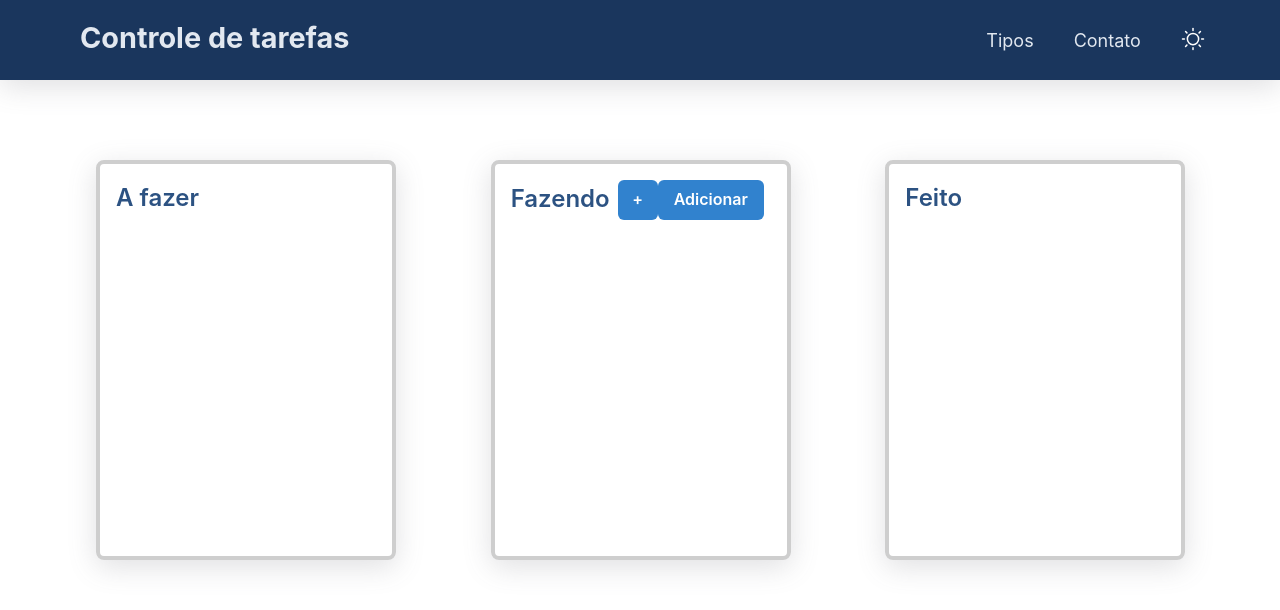
Repository: leosulzbach/Hackaton-Relampago
Page: /home (app in Front/)
These files come from the project's save history. The page is drawn as it stood at one moment and after the next save; the edit follows.
The browser window is 1280 px wide. The pictures show the whole page.
The page's requests for data from a server got no answer. The project was rebuilt for these pictures with package versions that can differ from the ones it lists, and the page was loaded fresh each time. No one was signed in, and anything a server would have sent is missing. Also part of the build but not shown: Front/vite.config.ts, Front/src/Components/Cards/CadInfo.styles.ts, Front/src/Components/Cards/CardInfo.tsx, Front/src/Components/Cards/Cards.styles.ts, Front/src/Components/Cards/Card.tsx.

Above is the page before, as saved 2022-11-07 16:34:00.

### Front/src/App.tsx
import { ChakraProvider, theme } from "@chakra-ui/react"
import { BrowserRouter } from "react-router-dom"
import { Router } from "./Routes/Router"



function App() {
  return(
    <ChakraProvider theme={theme}>
    <BrowserRouter>
      <Router />
    </BrowserRouter>
  </ChakraProvider>
  )
}

export default App

### Front/src/Routes/Router.tsx
import { Routes, Route } from "react-router-dom";
import { Home } from "../Pages/home";


export function Router() {
  return (
    <Routes>
      <Route path="/home" element={<Home />} />
     </Routes>
  );
}

### Front/src/Pages/home.tsx
import { Box, Button, Flex, Grid, Text } from '@chakra-ui/react'
import axios from 'axios';
import { CalendarPlus } from 'phosphor-react';
import { useEffect, useState } from 'react';
import { Card } from '../Components/Cards/Card';
import { Header } from '../Components/Header'


export interface Cadastro {
    id: number;
    descricao: string;
    situacao: string;
    data_vencimento: string;
    prioridade: string;
    email?: string

}

export const Home = () => {

    const [CadastroList, setCadastroList] = useState<Cadastro[]>([]);



    useEffect(() => {
        axios.get<Cadastro[]>("http://localhost:3000/tarefas").then((response) => {
            setCadastroList(response.data);
        });
    }, []);

        console.log(CadastroList)



    return (
        <Flex>
            <Header />


            <Grid
                templateColumns='repeat(3, 1fr)'
                ml={"6rem"}
                mt={"10rem"}
                alignItems={"center"}
                width='100%'
                height="100%"
            >
                <Box
                    border={"4px solid #cecece"}
                    boxShadow={"rgba(100, 100, 111, 0.2) 0px 7px 29px 0px"}
                    borderRadius={8}
                    w={"300px"}
                    h={"400px"}

                >
                    <Text
                        p={"1rem"}
                        fontSize={"1.5rem"}
                        fontWeight={"semibold"}
                        color={"blue.700"}
                    >A fazer</Text>
                    {

                        CadastroList.map((tarefa: any)  => {

                            return (
                                <Card id={tarefa.id} descricao={tarefa.descricao} situacao={tarefa.situacao} data_vencimento={tarefa.data_vencimento} prioridade={tarefa.prioridade} />
                            )
                    })}

                </Box>
                <Box
                    border={"4px solid #cecece"}
                    boxShadow={"rgba(100, 100, 111, 0.2) 0px 7px 29px 0px"}
                    borderRadius={8}
                    w={"300px"}
                    h={"400px"}>
                    <Text
                        p={"1rem"}
                        fontSize={"1.5rem"}
                        fontWeight={"semibold"}
                        color={"blue.700"}
                    >Fazendo
                        <Button
                            colorScheme='blue'
                            w={"2rem"}
                            ml={2}
                        >+</Button>

                        <Button colorScheme='blue'>Adicionar</Button></Text>
                </Box>
                <Box
                    border={"4px solid #cecece"}
                    boxShadow={"rgba(100, 100, 111, 0.2) 0px 7px 29px 0px"}
                    borderRadius={8}
                    w={"300px"}
                    h={"400px"}>
                    <Text
                        p={"1rem"}
                        fontSize={"1.5rem"}
                        fontWeight={"semibold"}
                        color={"blue.700"}
                    >Feito</Text>
                </Box>

            </Grid>
        </Flex>
    )

}

### Front/src/Components/Header.tsx
import { Box, Flex, Input, Link, Text } from "@chakra-ui/react";
import { Sun } from "phosphor-react";



export const Header = () => {
    return (
        <Flex

            as="header"
            w="100%"
            h="20"
            justify="space-between"

            borderBottomWidth={1}
            borderColor="blue.900"
            bg="blue.900"
            position={"fixed"}
            boxShadow="rgba(100, 100, 111, 0.2) 0px 7px 29px 0px"
        >
            <Flex
                p="1rem"
                justify="flex-start"
                ml="4rem"
            >
                <Text
                    fontSize="1.8rem"
                    fontWeight="bold"
                    color="gray.200"
                >
                    Controle de tarefas
                </Text>
            </Flex>
            <Flex
                p="1.7rem"
                mr="3rem"
                justify="flex-end"
                gap={10}
            >

                <Link

                    href="/sobre"
                    color="gray.200"
                    fontSize={18}
                    _hover={{
                        borderBottom: '4px solid  blue', transition: 'all 0.3s ease-out', transform: 'translate(-11px, 0px)'
                    }}
                >
                    Tipos
                </Link>
                <Link
                    href="/contato"
                    color="gray.200"
                    fontSize={18}
                    _hover={{
                        borderBottom: '4px solid  blue', transition: 'all 0.3s ease-out', transform: 'translate(-11px, 0px)'
                    }}

                >
                    Contato
                </Link>
                <Sun size={24} color={"white"} />
            </Flex>



        </Flex>
    );
}

Loaded but not shown: Front/index.html (common file); Front/src/main.tsx (common file)

After the next save:
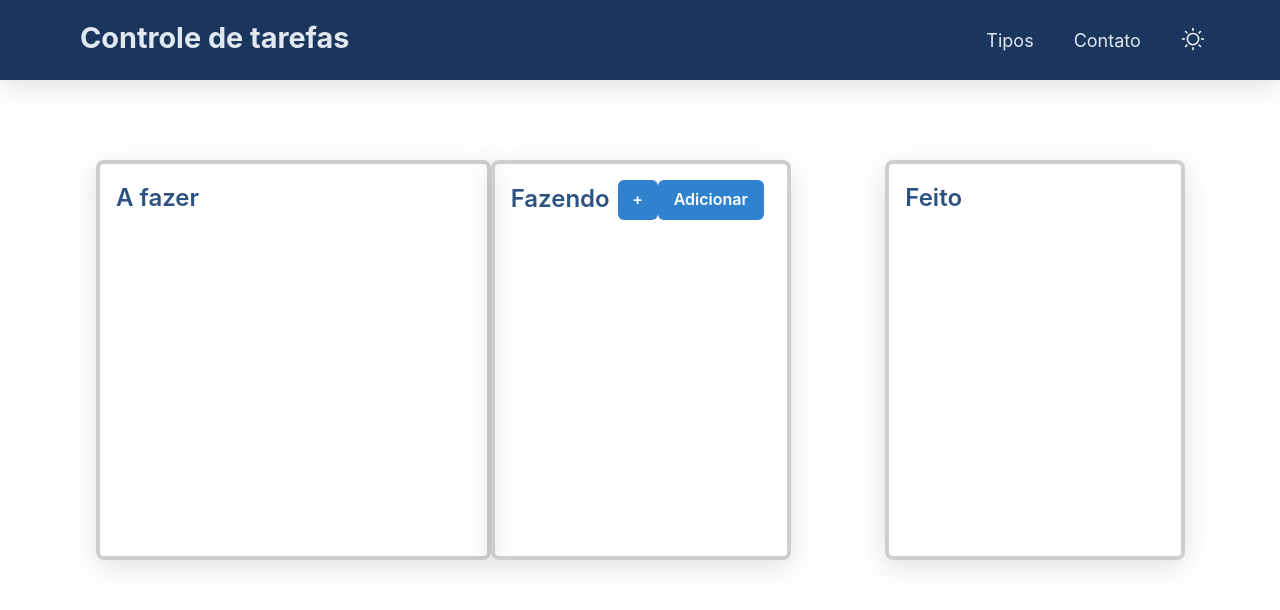
Saved 3 min 2 s later.
--- a/Front/src/Pages/home.tsx
+++ b/Front/src/Pages/home.tsx
@@ -49,7 +49,7 @@ export const Home = () => {
                     border={"4px solid #cecece"}
                     boxShadow={"rgba(100, 100, 111, 0.2) 0px 7px 29px 0px"}
                     borderRadius={8}
-                    w={"300px"}
+                    w={"100%"}
                     h={"400px"}
 
                 >
